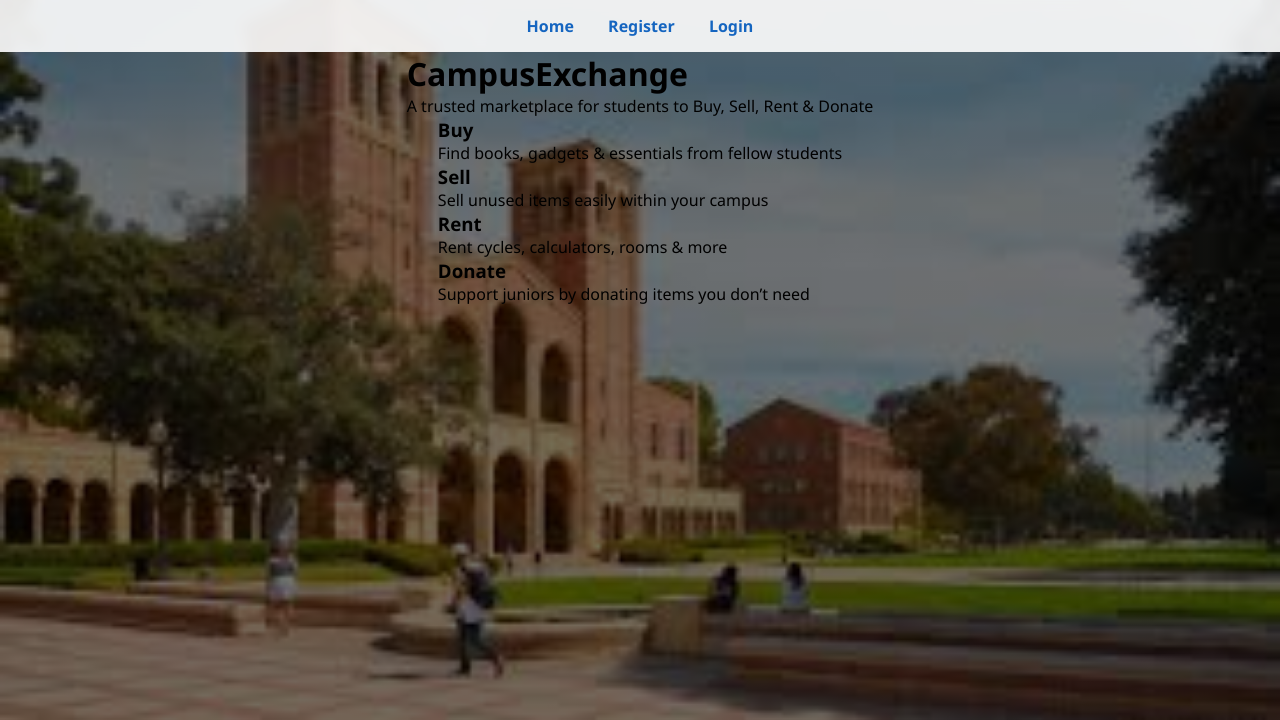
Repository: Sanjaya1822/Campus-Exchange
Page: http://localhost/CampusExchange/
The author's editor kept a copy of each file at every save. The page is drawn from the files as they stood at one save, then again after the next save.
The browser window is 1280 px wide. The pictures show the whole page.
The page is served by Tomcat 9. Other server files are loaded and not shown.

Above is the page before, as saved 2026-02-01 04:49:20.

### CampusExchange/src/main/webapp/index.jsp
<%@ page language="java" contentType="text/html; charset=UTF-8" %>
<!DOCTYPE html>
<html>
<head>
    <title>CampusExchange</title>
    <link rel="stylesheet" href="css/style.css">

</head>
<body>

<!-- NAVBAR -->
<div class="navbar">
    <a href="index.jsp">Home</a>
    <a href="register.jsp">Register</a>
    <a href="login.jsp">Login</a>
</div>

<!-- HERO SECTION -->
<div class="hero">
    <h1>CampusExchange</h1>
    <p>A trusted marketplace for students to Buy, Sell, Rent & Donate</p>
</div>

<!-- FEATURES -->
<div class="features">

    <div class="feature-card">
        <i class="fa fa-shopping-cart"></i>
        <h3>Buy</h3>
        <p>Find books, gadgets & essentials from fellow students</p>
    </div>

    <div class="feature-card">
        <i class="fa fa-tags"></i>
        <h3>Sell</h3>
        <p>Sell unused items easily within your campus</p>
    </div>

    <div class="feature-card">
        <i class="fa fa-home"></i>
        <h3>Rent</h3>
        <p>Rent cycles, calculators, rooms & more</p>
    </div>

    <div class="feature-card">
        <i class="fa fa-heart"></i>
        <h3>Donate</h3>
        <p>Support juniors by donating items you don’t need</p>
    </div>

</div>

</body>


</html>

### CampusExchange/src/main/webapp/css/style.css
/* ================= RESET ================= */
* {
    margin: 0;
    padding: 0;
    box-sizing: border-box;
    font-family: "Segoe UI", Arial, sans-serif;
}

/* ================= BACKGROUND IMAGE + OVERLAY ================= */
body {
    min-height: 100vh;
    background:
        linear-gradient(rgba(0, 0, 0, 0.55), rgba(0, 0, 0, 0.55)),
        url("../images/bg.jpg") no-repeat center center / cover;
    display: flex;
    flex-direction: column;
    align-items: center;
}

/* ================= NAVBAR ================= */
.navbar {
    width: 100%;
    padding: 15px;
    text-align: center;
    background: rgba(255,255,255,0.9);
    backdrop-filter: blur(6px);
}

.navbar a {
    margin: 0 15px;
    text-decoration: none;
    color: #1565c0;
    font-weight: 600;
}

/* ================= FLOATING CARD ================= */
.container {
    width: 420px;
    margin-top: 90px;
    background: rgba(255,255,255,0.95);
    padding: 35px;
    border-radius: 14px;
    box-shadow: 0 25px 40px rgba(0,0,0,0.35);
    animation: floatCard 1.2s ease;
}

/* Floating animation */
@keyframes floatCard {
    from {
        transform: translateY(40px);
        opacity: 0;
    }
    to {
        transform: translateY(0);
        opacity: 1;
    }
}

/* ================= HEADINGS ================= */
.container h1,
.container h2 {
    text-align: center;
    margin-bottom: 25px;
    color: #0d47a1;
}

/* ================= INPUT WITH ICON ================= */
.input-group {
    position: relative;
    margin-bottom: 18px;
}

.input-group i {
    position: absolute;
    top: 50%;
    left: 12px;
    transform: translateY(-50%);
    color: #777;
    font-size: 16px;
}

.input-group input {
    width: 100%;
    padding: 12px 12px 12px 40px;
    border-radius: 8px;
    border: 1px solid #ccc;
    font-size: 15px;
}

.input-group input:focus {
    outline: none;
    border-color: #1976d2;
    box-shadow: 0 0 6px rgba(25,118,210,0.4);
}

/* ================= BUTTON ================= */
button,
input[type="submit"] {
    width: 100%;
    padding: 12px;
    background: #1976d2;
    color: white;
    border: none;
    border-radius: 8px;
    font-size: 16px;
    font-weight: 600;
    cursor: pointer;
    transition: transform 0.2s ease, background 0.2s ease;
}

button:hover,
input[type="submit"]:hover {
    background: #0d47a1;
    transform: translateY(-2px);
}

/* ================= LINKS ================= */
.link {
    text-align: center;
    margin-top: 18px;
}

.link a {
    color: #1976d2;
    text-decoration: none;
    font-weight: 600;
}

/* ================= SUCCESS & ERROR MESSAGES ================= */
.success {
    background: #e8f5e9;
    color: #2e7d32;
    padding: 12px;
    border-radius: 8px;
    margin-bottom: 15px;
    text-align: center;
    font-weight: 600;
}

.error {
    background: #ffebee;
    color: #c62828;
    padding: 12px;
    border-radius: 8px;
    margin-bottom: 15px;
    text-align: center;
    font-weight: 600;
}

After the next save:
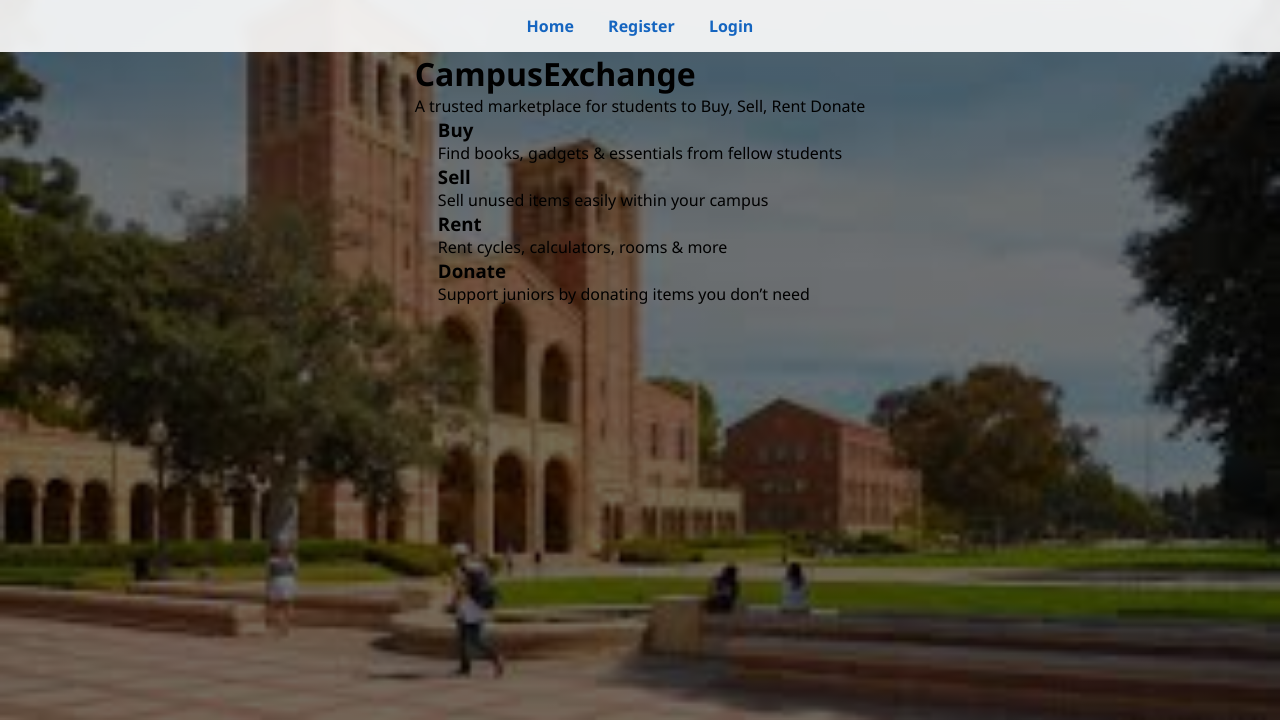
Saved 16 s later.
--- a/CampusExchange/src/main/webapp/index.jsp
+++ b/CampusExchange/src/main/webapp/index.jsp
@@ -18,7 +18,7 @@
 <!-- HERO SECTION -->
 <div class="hero">
     <h1>CampusExchange</h1>
-    <p>A trusted marketplace for students to Buy, Sell, Rent & Donate</p>
+    <p>A trusted marketplace for students to Buy, Sell, Rent  Donate</p>
 </div>
 
 <!-- FEATURES -->
